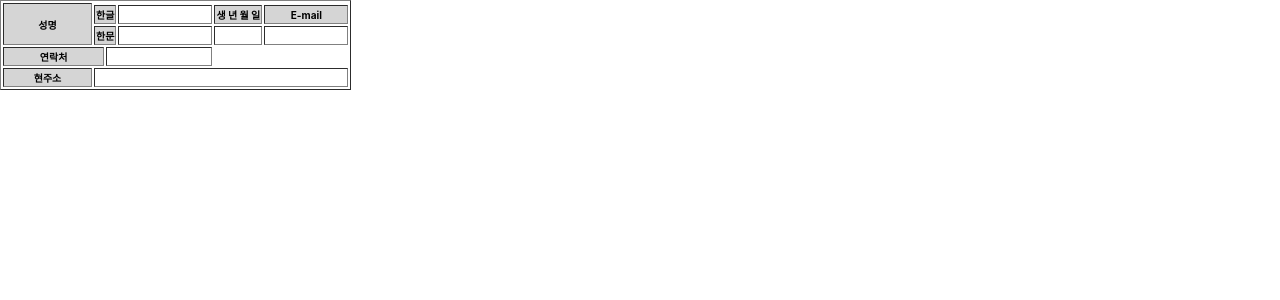
Repository: jiyeonyun/Resume
Page: / (app in resumes/)
The author's editor kept a copy of each file at every save. The page is drawn from the files as they stood at one save, then again after the next save.
The browser window is 1280 px wide. The pictures show the whole page.
The project was rebuilt for these pictures with package versions that can differ from the ones it lists, and the page was loaded fresh each time. Also part of the build but not shown: resumes/src/data/edudata.js, resumes/src/components/educationalHIstory/educational.jsx, resumes/src/components/footer/footer.jsx.

Above is the page before, as saved 2022-05-25 15:30:07.

### resumes/src/App.jsx
import { useState } from "react";
import styles from "./App.module.css";
import Educational from "./components/educationalHIstory/educational";
import Footer from "./components/footer/footer";
import PersonalInfo from "./components/personalInfo/personalInfo";
function App() {
  const [personalInfoData, setPersonalInfoData] = useState({
    name: "홍길동",
    birth: "1998-03-18",
    adress: "서울특별시 영등포구",
    email: "jyyun@zentropy.com",
    number: "010-2055-7663",
  });
  return (
    <div className="App">
      <PersonalInfo />
    </div>
  );
}

export default App;

### resumes/src/App.module.css
* {
  font-size: 10px;
}

### resumes/src/components/personalInfo/personalInfo.jsx
import React from "react";

const PersonalInfo = ({ personalInfoData }) => {
  return (
    <table border="1">
      <tr>
        <th rowSpan="3" width="85" height="30" bgcolor="D5D5D5">
          성명
        </th>
      </tr>
      <tr>
        <th colSpan="2" bgcolor="D5D5D5">
          한글
        </th>
        <td width="90"></td>
        <th bgcolor="D5D5D5">생 년 월 일</th>
        <th colSpan="2" width="80" bgcolor="D5D5D5">
          E-mail
        </th>
      </tr>
      <tr>
        <th colSpan="2" bgcolor="D5D5D5">
          한문
        </th>
        <td></td>
        <td></td>
        <td colSpan="2"></td>
      </tr>
      <tr>
        <th colSpan="2" width="50" bgcolor="D5D5D5">
          연락처
        </th>
        <td colSpan="2"></td>
      </tr>
      <tr>
        <th bgcolor="D5D5D5">현주소</th>
        <td colSpan="8"></td>
      </tr>
    </table>
  );
};

export default PersonalInfo;

Loaded but not shown: resumes/public/index.html (common file); resumes/src/index.js (common file); resumes/src/index.css (common file); resumes/src/reportWebVitals.js (common file)

After the next save:
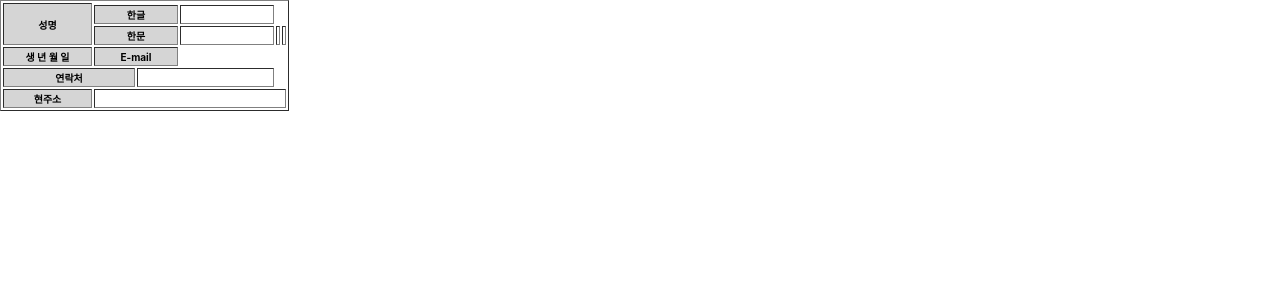
Saved 44 s later.
--- a/resumes/src/components/personalInfo/personalInfo.jsx
+++ b/resumes/src/components/personalInfo/personalInfo.jsx
@@ -13,10 +13,6 @@ const PersonalInfo = ({ personalInfoData }) => {
           한글
         </th>
         <td width="90"></td>
-        <th bgcolor="D5D5D5">생 년 월 일</th>
-        <th colSpan="2" width="80" bgcolor="D5D5D5">
-          E-mail
-        </th>
       </tr>
       <tr>
         <th colSpan="2" bgcolor="D5D5D5">
@@ -25,6 +21,12 @@ const PersonalInfo = ({ personalInfoData }) => {
         <td></td>
         <td></td>
         <td colSpan="2"></td>
+      </tr>
+      <tr>
+        <th bgcolor="D5D5D5">생 년 월 일</th>
+        <th colSpan="2" width="80" bgcolor="D5D5D5">
+          E-mail
+        </th>
       </tr>
       <tr>
         <th colSpan="2" width="50" bgcolor="D5D5D5">
